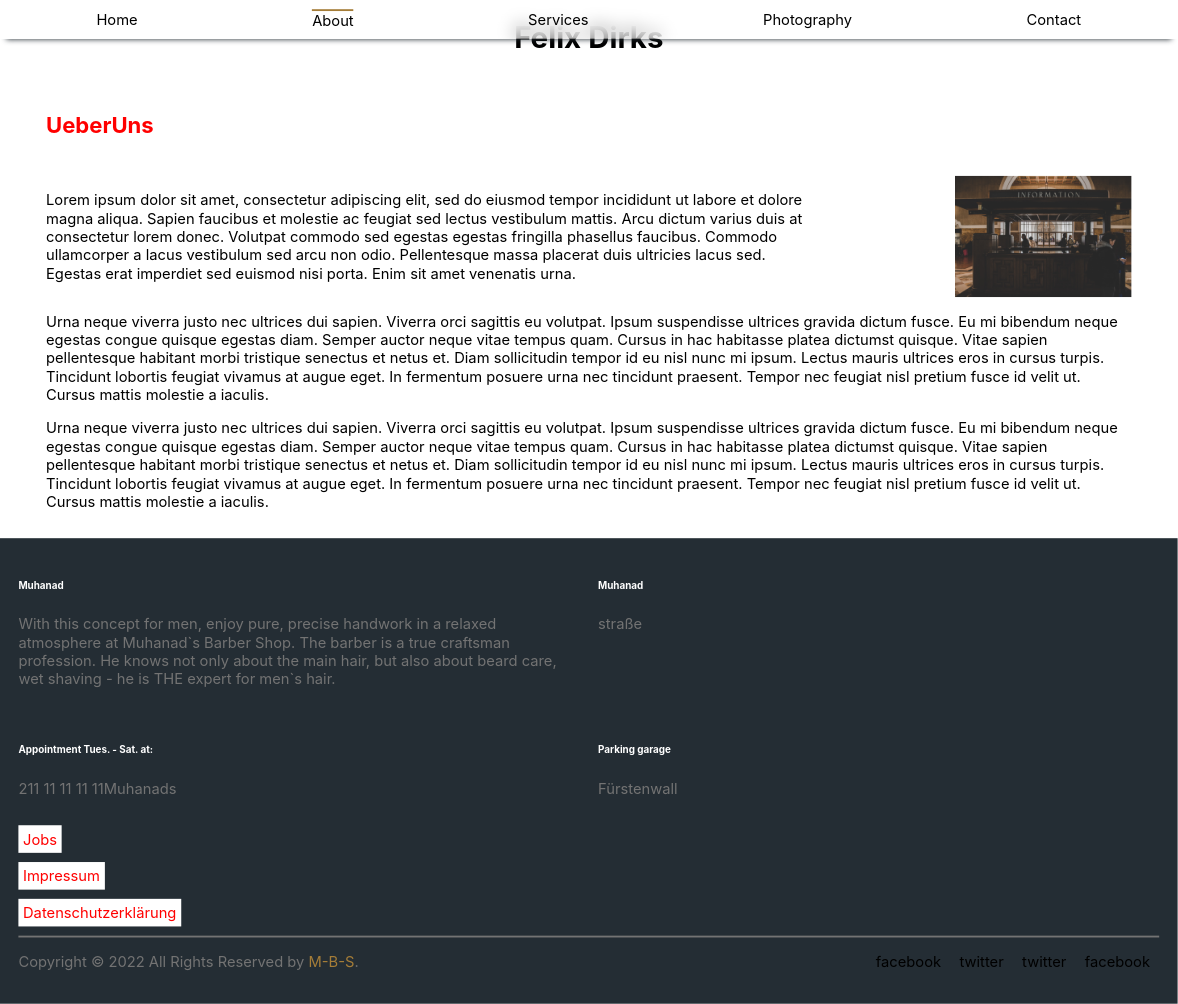
Repository: muhanad-musawi/backend-projekt-frondend
Page: /About (app in pohtographer/)
These files come from the project's save history. The page is drawn as it stood at one moment and after the next save; the edit follows.
The browser window is 1280 px wide. The pictures show the whole page, at 92% of full size.
The project was rebuilt for these pictures with package versions that can differ from the ones it lists, and the page was loaded fresh each time. The framework's server and built-in components were replaced by stand-ins that run in the browser. Also part of the build but not shown: pohtographer/next.config.js.

Above is the page before, as saved 2022-03-27 15:55:12.

After the next save:
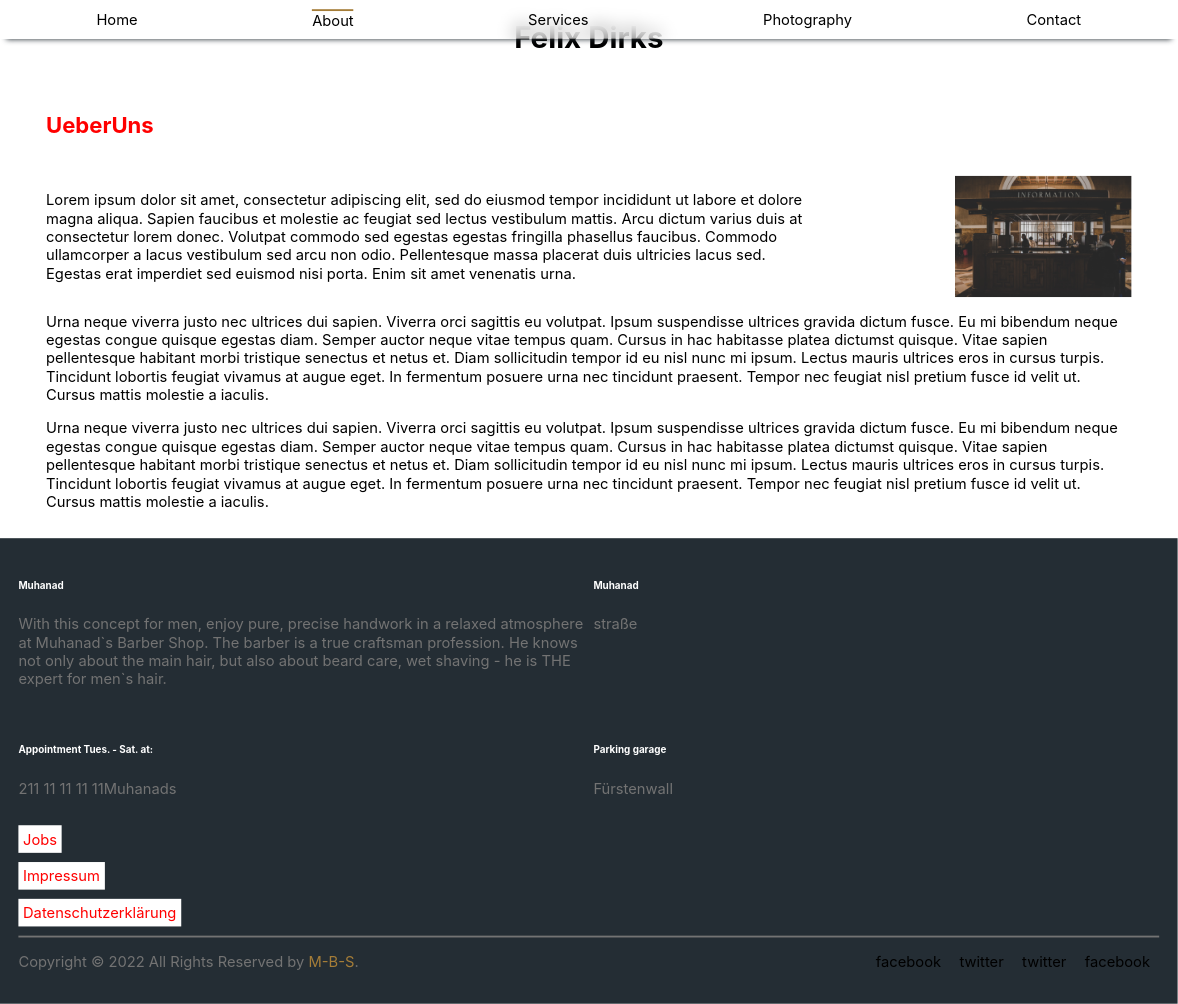
Saved 27 s later.
--- a/pohtographer/styles/Footer.module.css
+++ b/pohtographer/styles/Footer.module.css
@@ -92,7 +92,7 @@
     display: grid;
     grid-template-columns: 1fr 1fr ;
     grid-template-rows: auto;
-    column-gap: 20px;
+    column-gap: 10px;
   row-gap: 20px ;
   }
 
